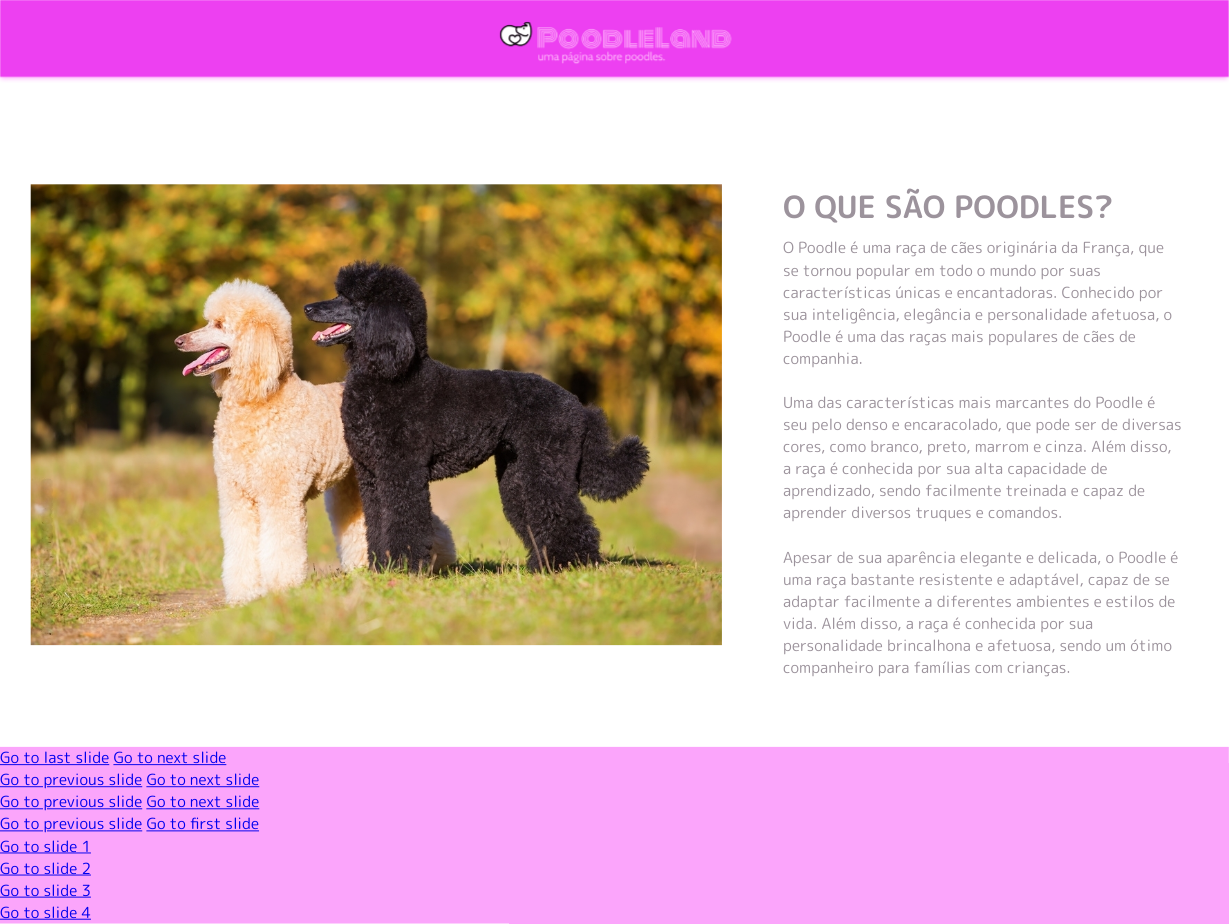
Repository: vinibalt/PoodleLand
Page: poddlelandia.html
An editor plug-in stored every save of this project. The page is shown before and after the next save, followed by the edit.
The browser window is 1280 px wide. The pictures show the whole page, at 96% of full size.

Above is the page before, as saved 2023-05-12 14:17:25.

After the next save:
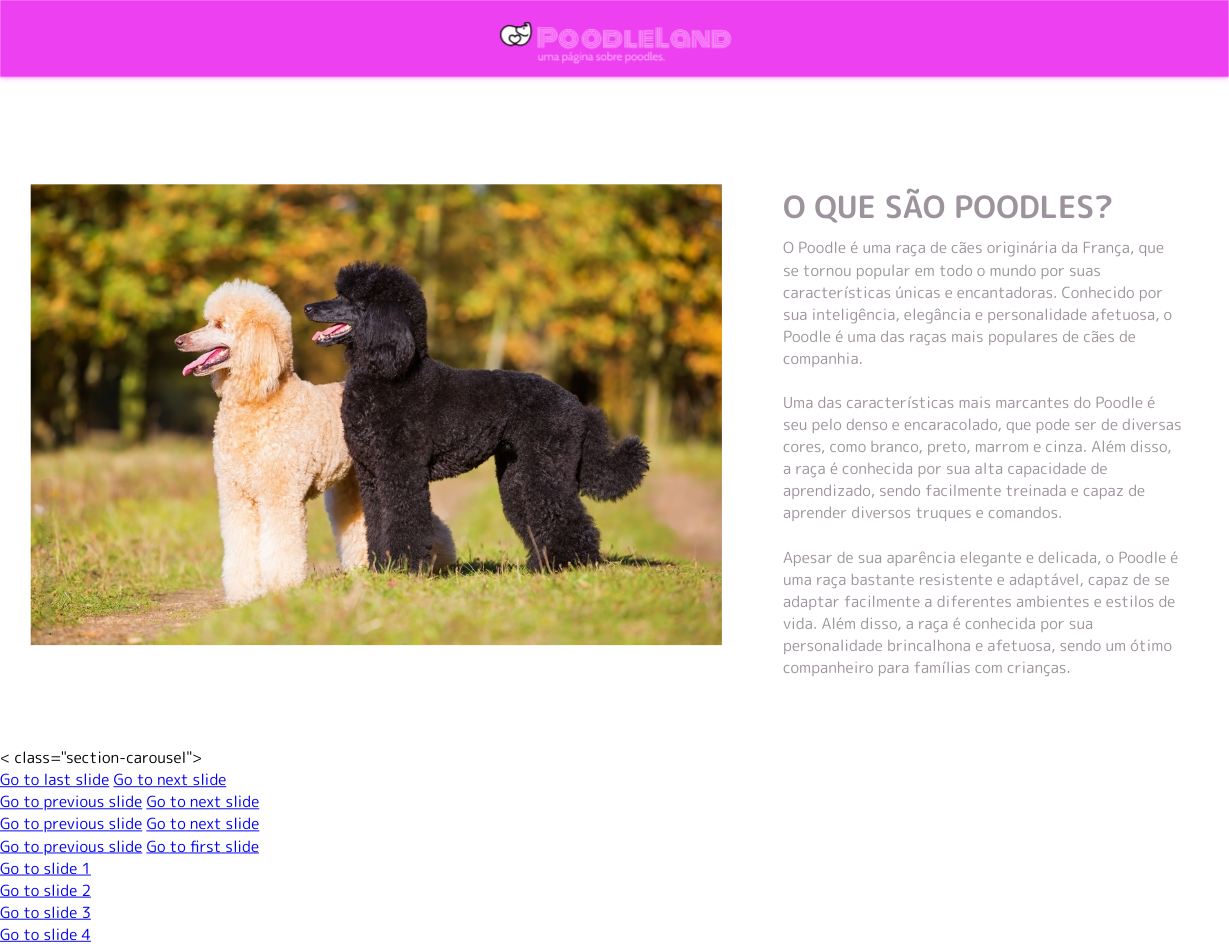
Saved 4 s later.
--- a/poddlelandia.html
+++ b/poddlelandia.html
@@ -30,7 +30,7 @@ Apesar de sua aparência elegante e delicada, o Poodle é uma raça bastante res
         </div>
     </section>
 
-    <section class="section-carousel">
+    < class="section-carousel">
         <section class="carousel" aria-label="Gallery">
             <ol class="carousel__viewport">
               <li id="carousel__slide1"
@@ -92,7 +92,7 @@ Apesar de sua aparência elegante e delicada, o Poodle é uma raça bastante res
               </ol>
             </aside>
           </section>
-    </section>
+
 
     <section class="section-two">
 
